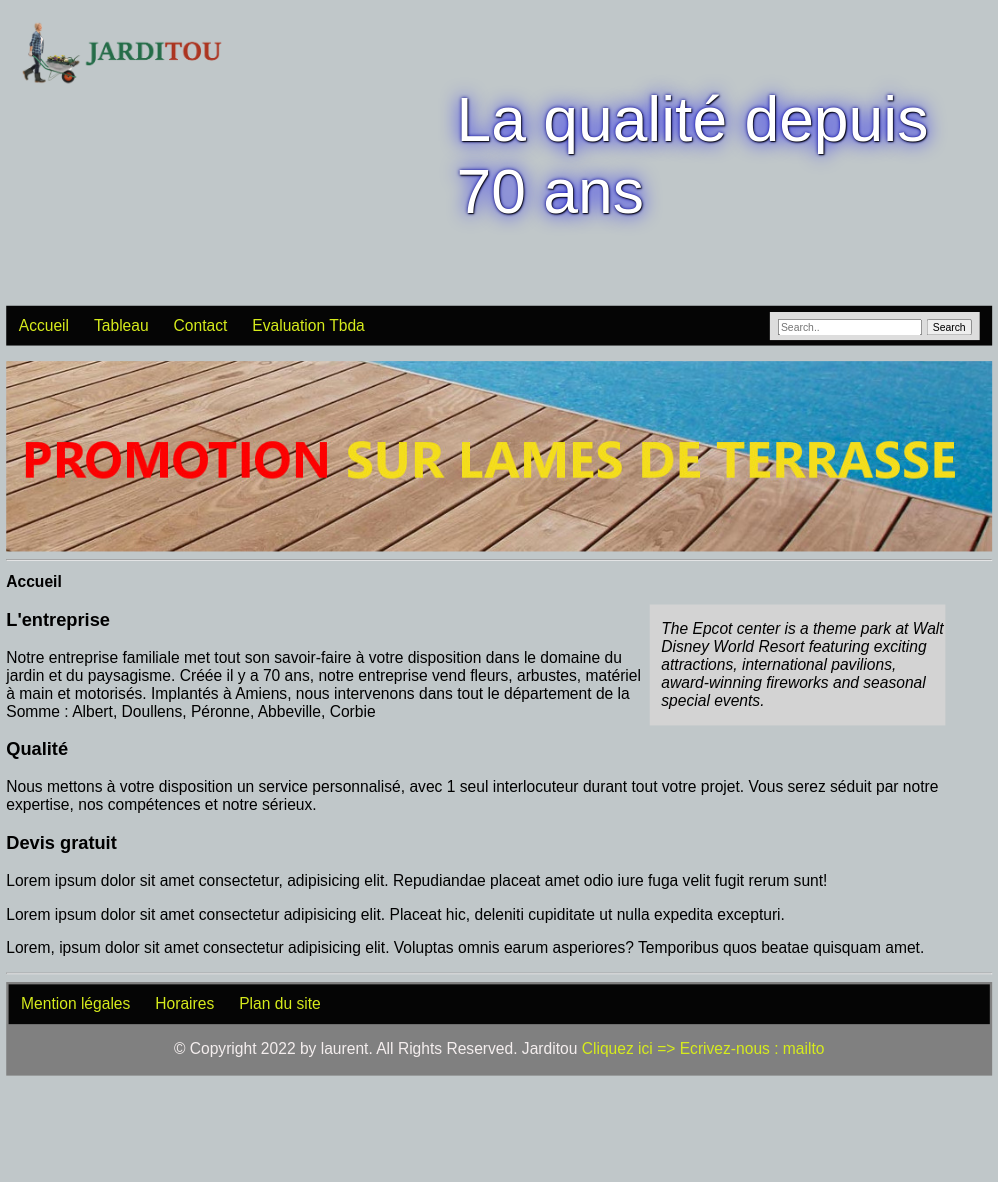
Repository: laurentbul/jarditou
Page: javascript/index.html
These files come from the project's save history. The page is drawn as it stood at one moment and after the next save; the edit follows.
The browser window is 1280 px wide. The pictures show the whole page, at 78% of full size.

Above is the page before, as saved 2022-12-15 02:19:59.

After the next save:
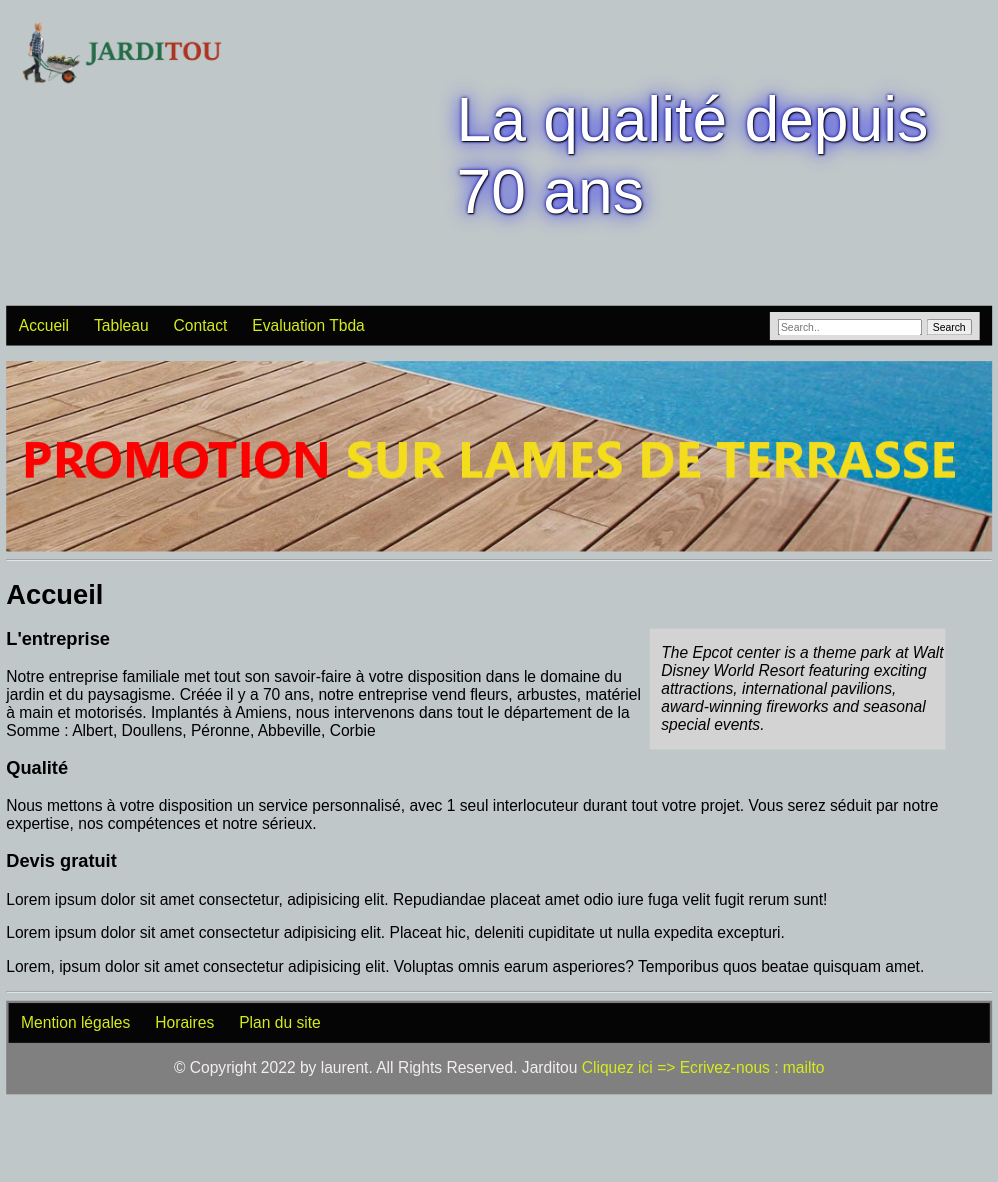
Saved 25 s later.
--- a/javascript/index.html
+++ b/javascript/index.html
@@ -35,7 +35,7 @@
 
   <img src="./assets/img/promotion.jpg" alt="qu'est ce que html" class="imgpromotion" title="promotion jarditou" />
   <hr />
-  <h2>Accueil</h2>
+  <h1>Accueil</h1>
   <aside>
     <p>
       The Epcot center is a theme park at Walt Disney World Resort featuring
